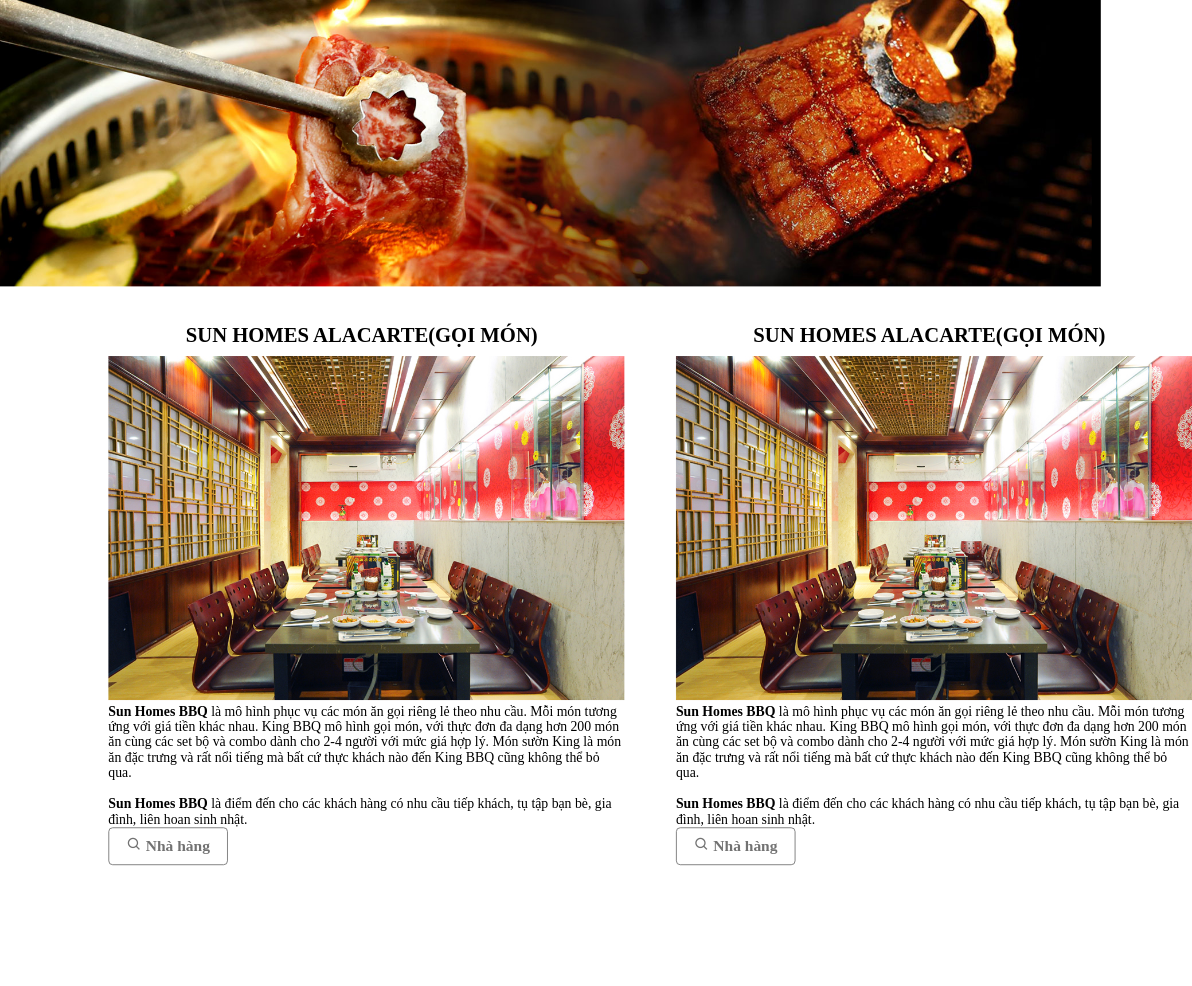
Repository: QUANGTHAI2003/sunhomesbbq
Page: GioiThieu.html
An editor plug-in stored every save of this project. The page is shown before and after the next save, followed by the edit.
The browser window is 1280 px wide. The page is 1386 px wide, then 1296 px, then 1386 px, so the pictures cover 1386 px, including what lies to the right of the window. The pictures show the whole page, at 86% of full size.

Above is the page before, as saved 2022-02-13 11:23:54.

After the next save:
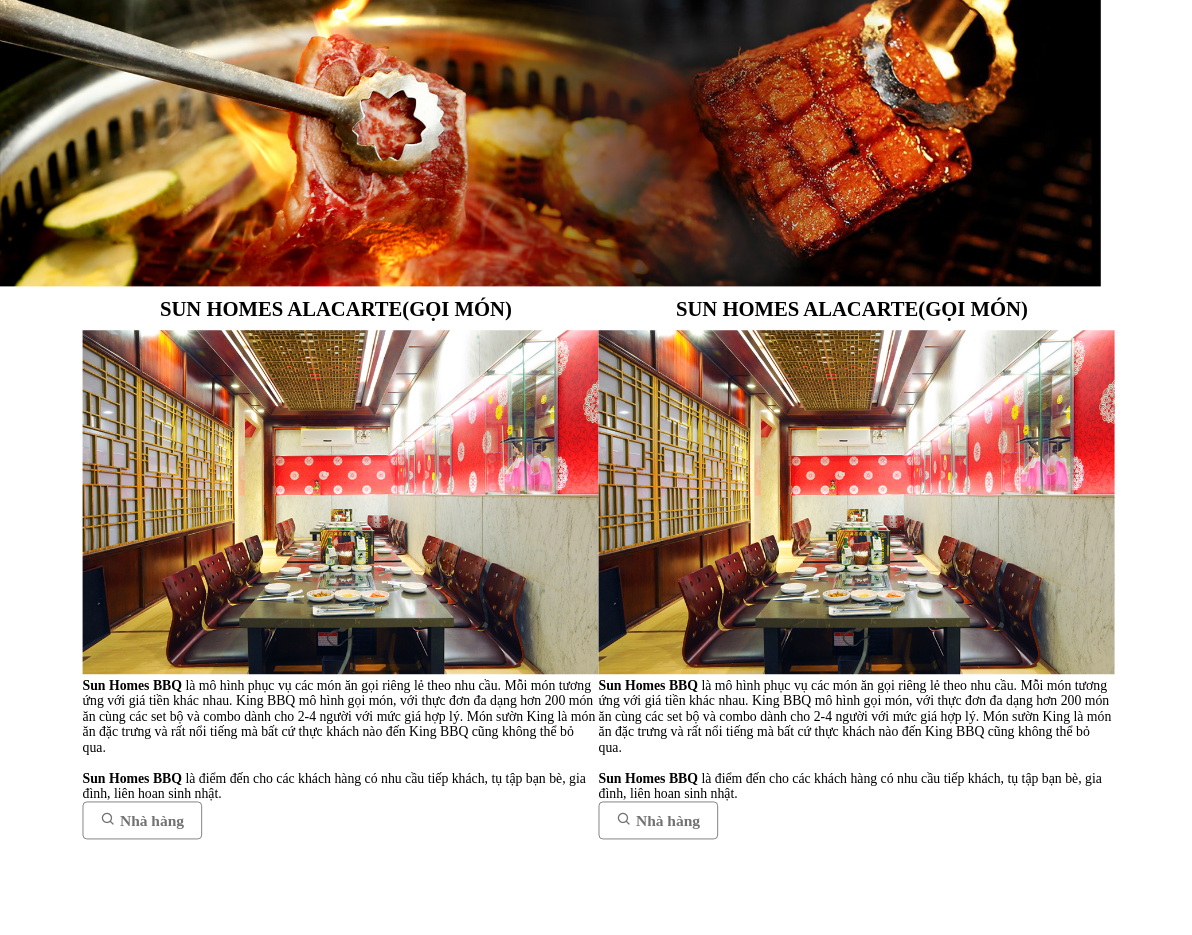
Saved 17 s later.
--- a/style.css
+++ b/style.css
@@ -545,7 +545,6 @@
 .Gioi-Thieu2 {
     width: 600px;
     height: 750px;
-    margin: 30px 30px;
 }
 
 .Gioi-Thieu1 img,

After the 6 saves that followed:
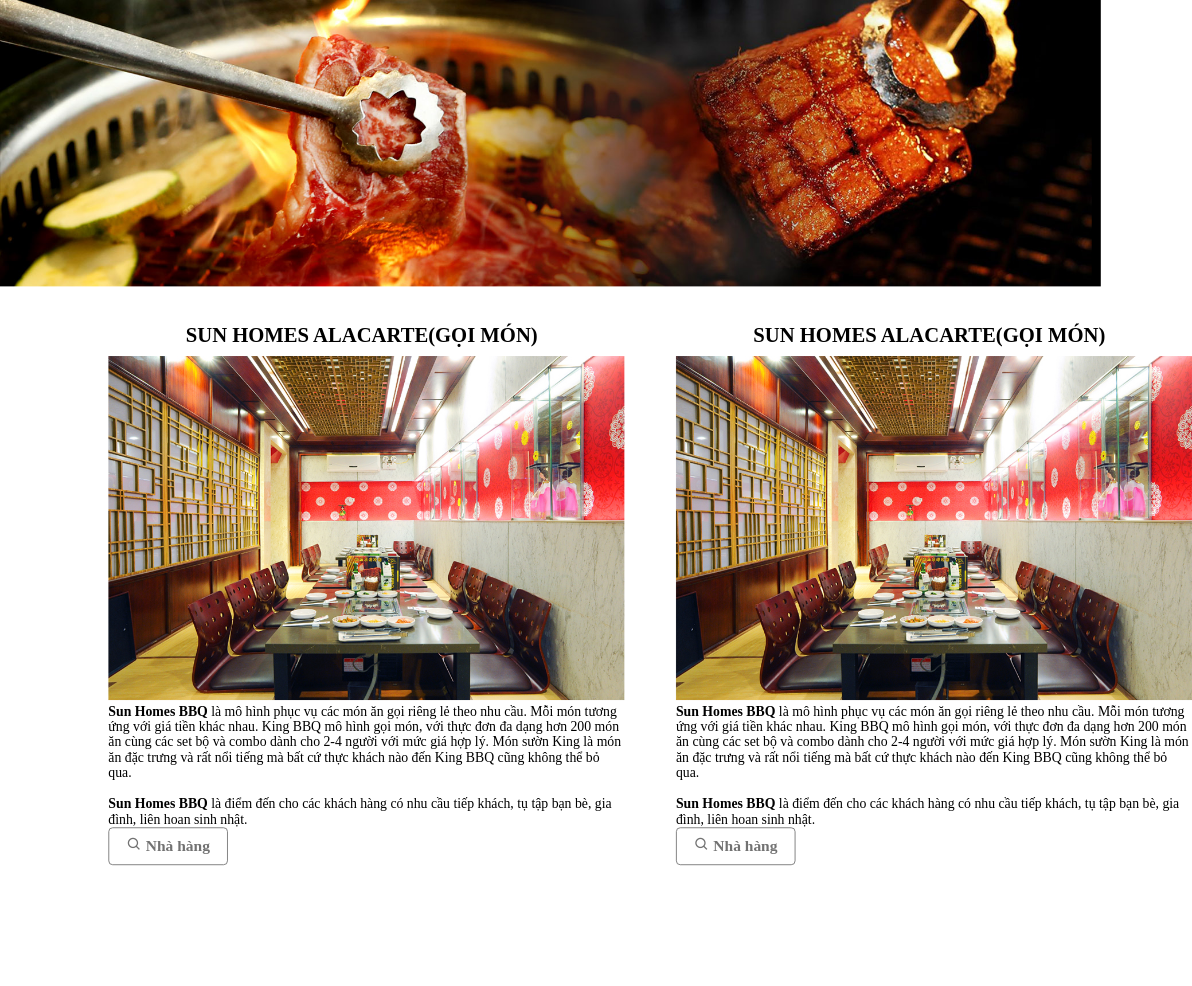
The 6 saves are shown as one change because 5 left the picture as it was.
The last was saved 61 s later.
--- a/style.css
+++ b/style.css
@@ -545,6 +545,7 @@
 .Gioi-Thieu2 {
     width: 600px;
     height: 750px;
+    margin: 30px 30px;
 }
 
 .Gioi-Thieu1 img,
